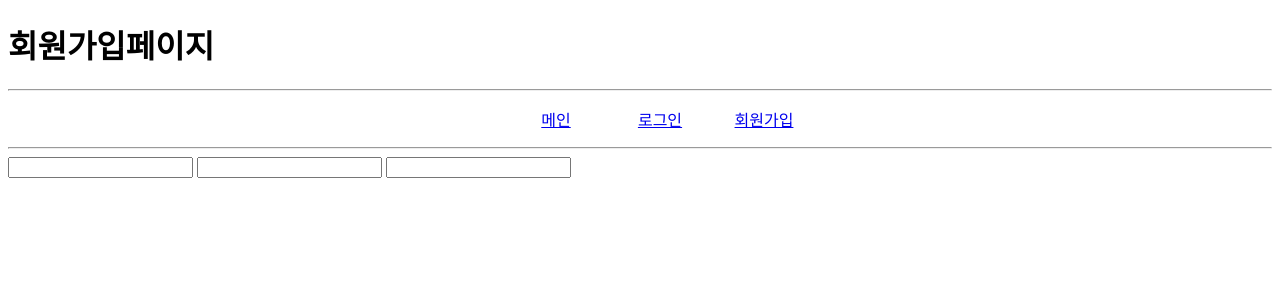
Repository: sunandjun/jspwork
Page: http://localhost/cos/join.jsp
An editor plug-in stored every save of this project. The page is shown before and after the next save, followed by the edit.
The browser window is 1280 px wide. The pictures show the whole page.
The page is served by Tomcat 9. Other server files are loaded and not shown.

Above is the page before, as saved 2020-08-22 02:47:55.

### cos/WebContent/join.jsp
<%@ page language="java" contentType="text/html; charset=UTF-8"
    pageEncoding="UTF-8"%>
<!DOCTYPE html>
<html>
<head>
<meta charset="UTF-8">
<title>회원가입페이지</title>
<style type="text/css">
	ul {
		text-align: center;
	}

	li {
		display: inline-block;
		width: 100px;
	}

</style>
</head>
<body>
<h1>회원가입페이지</h1>
<hr/>
<ul>
	<li><a href="main.jsp">메인</a></li>
	<li><a href="login.jsp">로그인</a></li>
	<li><a href="join.jsp">회원가입</a></li>
</ul>
<hr/>

<!-- form 테그는 데이터를 전송하기 위한 박스 -->
<form action="">
	<input type="text" name="username"/>
	<input type="password" name="password"/>
	<input type="email" name="email"/>
</form>


</body>
</html>

After the next save:
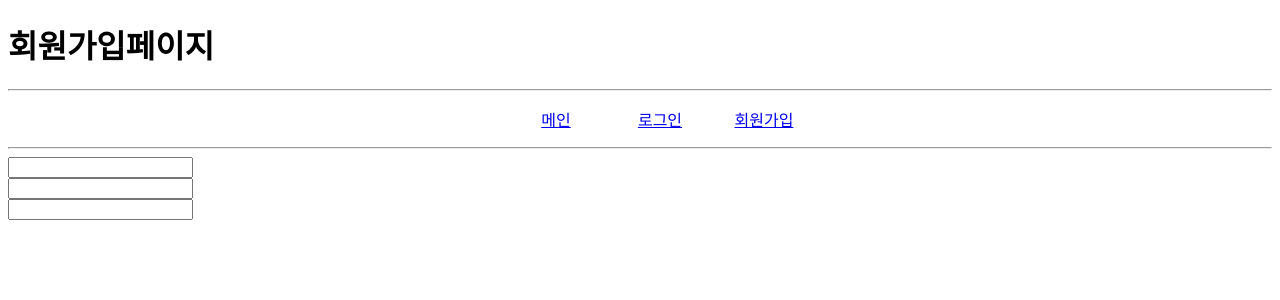
Saved 60 s later.
--- a/cos/WebContent/join.jsp
+++ b/cos/WebContent/join.jsp
@@ -29,9 +29,9 @@
 
 <!-- form 테그는 데이터를 전송하기 위한 박스 -->
 <form action="">
-	<input type="text" name="username"/>
-	<input type="password" name="password"/>
-	<input type="email" name="email"/>
+	<input type="text" name="username"/><br/>
+	<input type="password" name="password"/><br/>
+	<input type="email" name="email"/><br/>
 </form>
 
 
